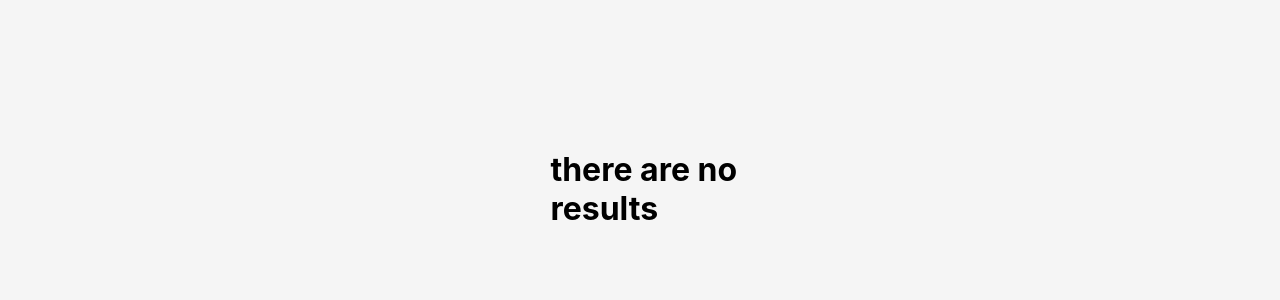
Repository: ehabmelhem/React-Redux--todoapp
Page: /result (app in todoapp/)
These files come from the project's save history. The page is drawn as it stood at one moment and after the next save; the edit follows.
The browser window is 1280 px wide. The pictures show the whole page.
The project was rebuilt for these pictures with package versions that can differ from the ones it lists, and the page was loaded fresh each time. Also part of the build but not shown: todoapp/src/Compents/Todo.css, todoapp/src/Compents/Todo.js.

Above is the page before, as saved 2021-01-30 19:46:12.

After the next save:
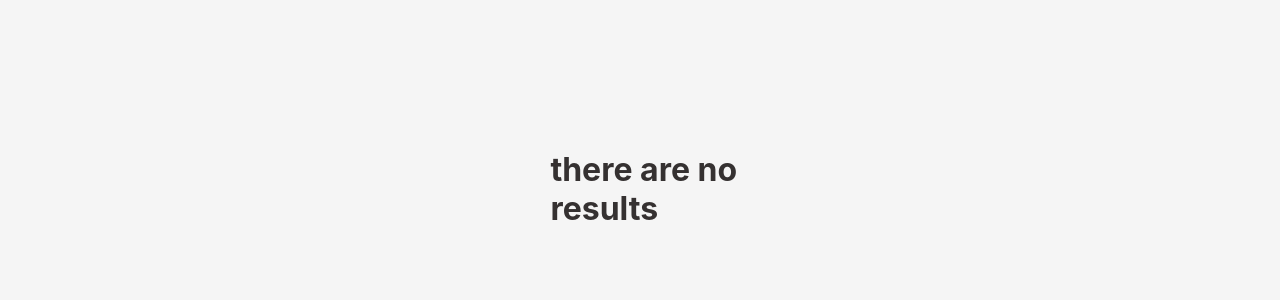
Saved 10 s later.
--- a/todoapp/src/Compents/Result.css
+++ b/todoapp/src/Compents/Result.css
@@ -3,7 +3,7 @@
 }
 h1 {
   animation-name: anmation;
-  animation-duration: 4s;
+  animation-duration: 10s;
   /* animation-fill-mode: forwards; */
   /* animation-direction: alternate; */
   animation-timing-function: ease-in-out;

After the save that followed:
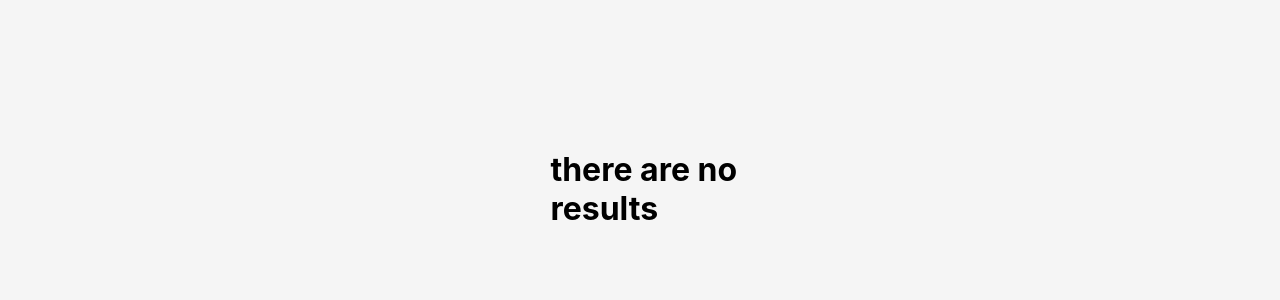
Saved 7 s later.
--- a/todoapp/src/Compents/Result.css
+++ b/todoapp/src/Compents/Result.css
@@ -3,7 +3,7 @@
 }
 h1 {
   animation-name: anmation;
-  animation-duration: 10s;
+  animation-duration: 4s;
   /* animation-fill-mode: forwards; */
   /* animation-direction: alternate; */
   animation-timing-function: ease-in-out;
